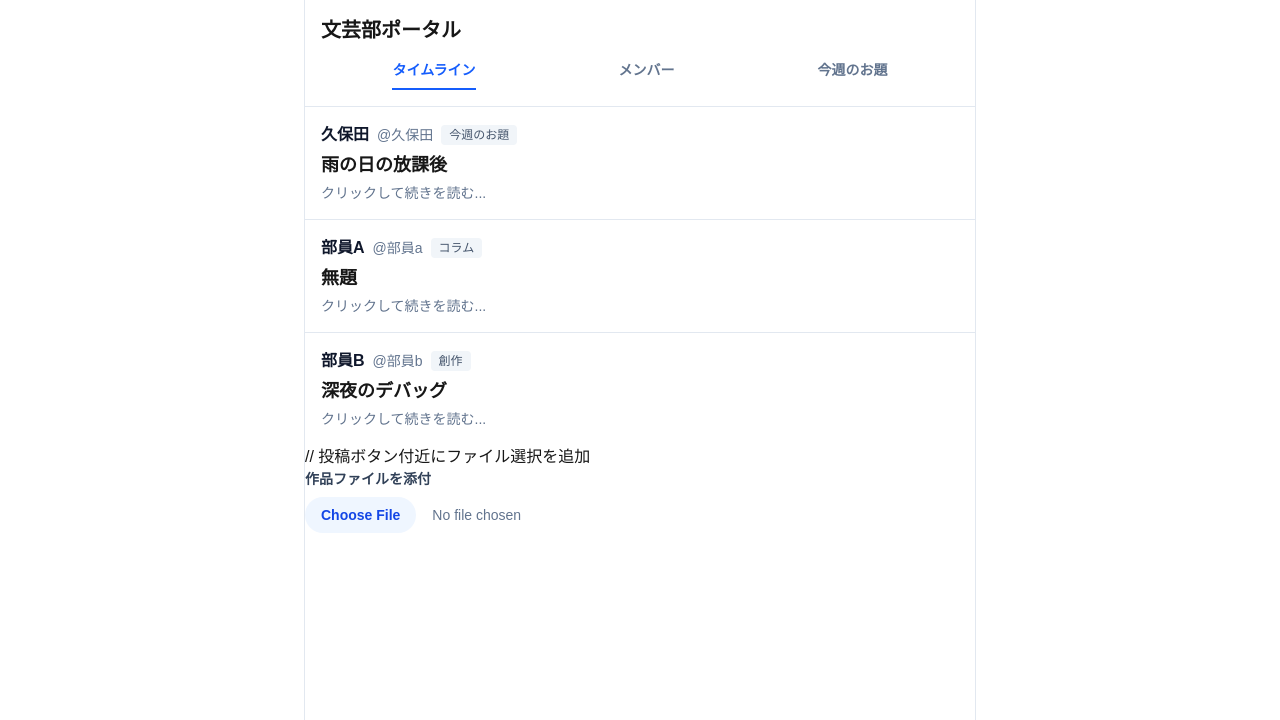
Repository: P-man2976/Literary-club-app
Page: /
The author's editor kept a copy of each file at every save. The page is drawn from the files as they stood at one save, then again after the next save.
The browser window is 1280 px wide. The pictures show the whole page.
The project was rebuilt for these pictures with package versions that can differ from the ones it lists, and the page was loaded fresh each time. The framework's server and built-in components were replaced by stand-ins that run in the browser. Also part of the build but not shown: next.config.ts.

Above is the page before, as saved 2026-01-31 11:16:46.

### app/page.tsx
"use client"; // クライアントサイドでの動き（クリックなど）がある場合に必要です

import { useState } from "react";

// 1. 投稿データの「型」を決める
type Post = {
  id: number;
  author: string;
  title: string;
  body: string;
  tag: string;
};

export default function Home() {
  // 2. Stateに型を教える
  const [newPost, setNewPost] = useState<Partial<Post>>({
    title: "",
    body: "",
    tag: "創作"
  });
  // ファイル読み込み用の関数
  const handleFileChange = async (e: React.ChangeEvent<HTMLInputElement>) => {
    const file = e.target.files?.[0];
    if (!file) return;

    if (file.type === "text/plain") {
      // TXTファイルの場合
      const text = await file.text();
      setNewPost({ ...newPost, body: text });
    } else if (file.type === "application/pdf") {
      // PDFの場合（簡易的なメッセージ）
      setNewPost({ ...newPost, body: "PDFファイルが選択されました。変換処理を実行します..." });
      // ここでpdf.jsなどを使ってテキスト抽出ロジックを呼ぶ
    }
  };

  // 現在開いている投稿のIDを記録する「State」
  // nullなら何も開いていない、数字が入っていればそのIDの投稿が開いている
  const [openPostId, setOpenPostId] = useState<number | null>(null);

  // 仮の投稿データ（後でデータベースと繋ぎます）
  const posts = [
    { id: 1, author: "久保田", title: "雨の日の放課後", body: "（ここに本文が入ります...）窓の外は灰色で、アスファルトの匂いが鼻を突く。部室には私一人しかいない。", comments: 3, tag: "今週のお題" },
    { id: 2, author: "部員A", title: "無題", body: "（ここに本文が入ります...）プログラミングと文学の共通点は、どちらも「言語」を扱っている点にある。", comments: 0, tag: "コラム" },
    { id: 3, author: "部員B", title: "深夜のデバッグ", body: "（ここに本文が入ります...）セミコロン一つで世界が止まる。私の人生もそんなものかもしれない。", comments: 5, tag: "創作" },
  ];

  const togglePost = (id: number) => {
    // すでに開いているIDをもう一度クリックしたら閉じる(nullにする)
    setOpenPostId(openPostId === id ? null : id);
  };

  return (
    <main className="min-h-screen bg-white max-w-2xl mx-auto border-x border-slate-200">
      {/* ヘッダー */}
      <header className="sticky top-0 bg-white/80 backdrop-blur-md border-b border-slate-200 p-4">
        <h1 className="text-xl font-bold">文芸部ポータル</h1>
        {/* タブ切り替え（Twitter風） */}
        <div className="flex mt-4 justify-around text-sm font-bold text-slate-500">
          <div className="text-blue-600 border-b-2 border-blue-600 pb-2 cursor-pointer">タイムライン</div>
          <div className="hover:text-slate-900 cursor-pointer">メンバー</div>
          <div className="hover:text-slate-900 cursor-pointer">今週のお題</div>
        </div>
      </header>

      {/* 投稿一覧（タイムライン） */}
      <div className="divide-y divide-slate-200">
        {posts.map((post) => (
          <article key={post.id} className="p-4 hover:bg-slate-50 transition cursor-pointer" onClick={() => togglePost(post.id)}>
            <div className="flex items-center gap-2 mb-1">
              <span className="font-bold text-slate-900">{post.author}</span>
              <span className="text-sm text-slate-500">@{post.author.toLowerCase()}</span>
              <span className="text-xs bg-slate-100 px-2 py-0.5 rounded text-slate-600">{post.tag}</span>
            </div>
            <h2 className="text-lg font-bold mb-1">{post.title}</h2>
            {/* 🔽 Stateによって表示を切り替える部分 */}
            {openPostId === post.id ? (
              <div className="mt-4 p-4 bg-slate-100 rounded-lg border-l-4 border-blue-500 animate-in fade-in duration-300">
                <p className="text-slate-800 whitespace-pre-wrap leading-relaxed">
                  {post.body}
                  {"\n\n"}(長い文章がここに流し込まれるイメージです...)
                </p>
                <div className="mt-4 pt-4 border-t border-slate-300">
                  <span>👍いいね</span>
                  <p className="text-sm font-bold text-slate-500 mb-2">💬 コメント</p>
                  <input
                    type="text"
                    placeholder="匿名でコメントする..."
                    className="w-full p-2 text-sm border rounded"
                    onClick={(e) => e.stopPropagation()} // 入力欄クリックで閉じないように
                  />
                </div>
              </div>
            ) : (
              <p className="text-slate-500 line-clamp-1 text-sm">
                クリックして続きを読む...
              </p>
            )}
          </article>
        ))}
      </div>

      {/* 投稿ボタン（右下に固定） */}
      // 投稿ボタン付近にファイル選択を追加
      <div className="mb-4">
        <label className="block text-sm font-bold text-slate-700 mb-2">作品ファイルを添付</label>
        <input
          type="file"
          accept=".txt,.pdf"
          onChange={handleFileChange}
          className="block w-full text-sm text-slate-500 file:mr-4 file:py-2 file:px-4 file:rounded-full file:border-0 file:text-sm file:font-semibold file:bg-blue-50 file:text-blue-700 hover:file:bg-blue-100"
        />
      </div>
    </main>
  );
}

Loaded but not shown: app/layout.tsx (common file); app/globals.css (common file)

After the next save:
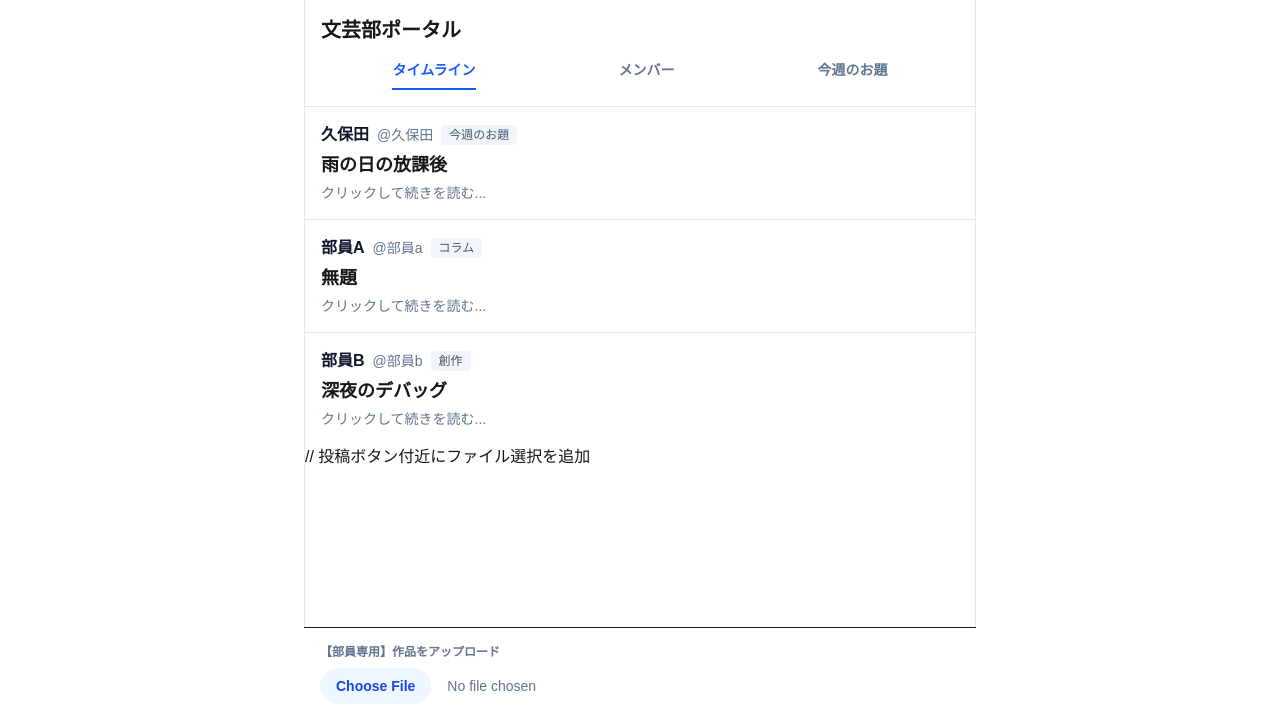
Saved 45 s later.
--- a/app/page.tsx
+++ b/app/page.tsx
@@ -102,14 +102,19 @@ export default function Home() {
 
       {/* 投稿ボタン（右下に固定） */}
       // 投稿ボタン付近にファイル選択を追加
-      <div className="mb-4">
-        <label className="block text-sm font-bold text-slate-700 mb-2">作品ファイルを添付</label>
+      <div className="fixed bottom-0 left-0 right-0 bg-white border-t p-4 max-w-2xl mx-auto">
+        <p className="text-xs font-bold text-slate-500 mb-2 uppercase">【部員専用】作品をアップロード</p>
         <input
           type="file"
           accept=".txt,.pdf"
           onChange={handleFileChange}
           className="block w-full text-sm text-slate-500 file:mr-4 file:py-2 file:px-4 file:rounded-full file:border-0 file:text-sm file:font-semibold file:bg-blue-50 file:text-blue-700 hover:file:bg-blue-100"
         />
+        {newPost.title && (
+          <div className="mt-2 p-2 bg-blue-50 rounded text-sm text-blue-800">
+            ✅ 読み込み済み: <strong>{newPost.title}</strong>
+          </div>
+        )}
       </div>
     </main>
   );
